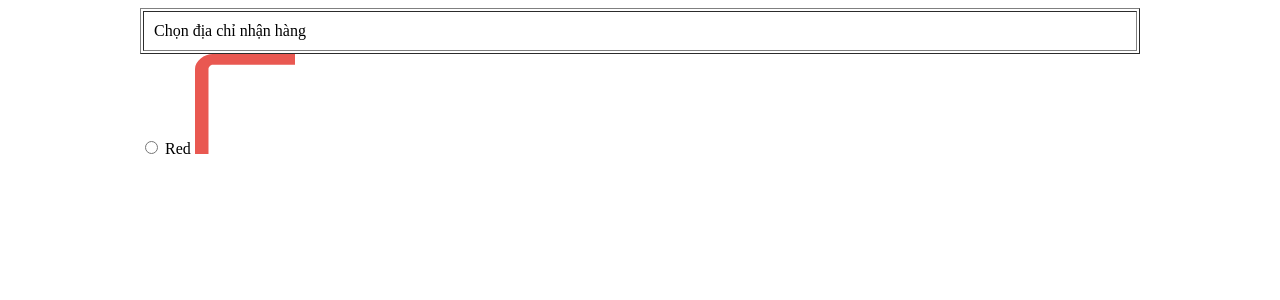
Repository: Tan-Khang21/TH_TKW--Buoi_04
Page: Bai_Tap_Tren_Lop/Bai_03/Bai_03.html
These files come from the project's save history. The page is drawn as it stood at one moment and after the next save; the edit follows.
The browser window is 1280 px wide. The pictures show the whole page.

Above is the page before, as saved 2024-03-07 21:24:43.

### Bai_Tap_Tren_Lop/Bai_03/Bai_03.html
<!DOCTYPE html>
<html lang="en">
  <head>
    <meta charset="UTF-8" />
    <meta name="viewport" content="width=device-width, initial-scale=1.0" />
    <link rel="stylesheet" href="style.css" />
    <title>Document</title>
  </head>
  <style>
    #redRadio:checked ~ #icon path {
  fill: yellow;
}

  </style>
  <body>
    <form style="width: 1000px; margin: 0 auto">
      <table border="1px" cellpadding="10px" style="width: 1000px">
        <tr>
          <td>Chọn địa chỉ nhận hàng</td>
        </tr>
      </table>
      <input type="radio" id="redRadio" name="color" value="red" />
      <label for="redRadio">Red</label>
      <svg
      id="icon"
        width="100"
        height="100"
        viewBox="0 0 10 10"
        fill="none"
      >
          <path
            d="M44.4198 36C41.4513 36 39.0225 33.5712 39.0225 30.6027C39.0225 30.4138 38.8606 30.1709 38.6717 30.1709H18.1889C18 30.1709 17.8381 30.3328 17.8381 30.5217C17.8381 33.5442 15.4093 35.973 12.4408 35.973C9.47226 35.973 7.04348 33.5442 7.04348 30.5757C7.04348 30.3868 6.88156 30.1439 6.69265 30.1439H1.75412C0.944528 30.1439 0.134933 29.5232 0 28.8486V28.6597V1.51124C0 0.674663 0.944528 0 1.75412 0H36.6477C37.4843 0 38.1589 0.674663 38.1589 1.51124V3.50825C38.1589 3.69715 38.3208 3.85907 38.5097 3.85907H45.3643C47.2804 3.85907 48.8186 5.3973 48.8186 7.31334V8.28486C48.8186 8.52774 48.6297 8.77061 48.3868 8.82459C48.2789 8.85157 48.1979 8.90555 48.1439 8.98651C48.09 9.06747 48.09 9.17541 48.09 9.25637L49.6012 15.2744C49.6282 15.4093 49.7631 15.5172 49.8981 15.5442C52.03 15.8681 53.6492 17.7571 53.6492 19.916V29.6042C53.6492 29.901 53.4063 30.1439 53.1095 30.1439H50.1409C49.952 30.1439 49.7901 30.3058 49.7901 30.4948C49.8171 33.5712 47.3883 36 44.4198 36ZM44.4198 26.2849C42.045 26.2849 40.1289 28.2279 40.1289 30.5757C40.1289 32.9235 42.072 34.8666 44.4198 34.8666C46.7946 34.8666 48.7107 32.9505 48.7107 30.5757C48.7107 28.2009 46.7946 26.2849 44.4198 26.2849ZM12.4408 26.2849C10.066 26.2849 8.14993 28.2279 8.14993 30.5757C8.14993 32.9235 10.093 34.8666 12.4408 34.8666C14.7886 34.8666 16.7316 32.9775 16.7316 30.6027C16.7316 28.2279 14.7886 26.2849 12.4408 26.2849ZM44.4198 25.2054C46.7136 25.2054 48.7646 26.6627 49.5202 28.8486C49.5742 28.9835 49.7092 29.0915 49.8711 29.0915H52.2459C52.4348 29.0915 52.5967 28.9295 52.5967 28.7406V24.7196C52.5967 24.5307 52.4348 24.3688 52.2459 24.3688H51.2204C49.8441 24.3688 48.7376 23.2624 48.7376 21.8861V19.943C48.7376 19.6462 48.9805 19.4033 49.2774 19.4033H52.084C52.1919 19.4033 52.2999 19.3493 52.3808 19.2414C52.4348 19.1604 52.4618 19.0255 52.4348 18.9175C52.003 17.5412 50.7077 16.5967 49.2774 16.5967H38.5637C38.3748 16.5967 38.2129 16.7586 38.2129 16.9475V17.973C38.2129 18.2699 37.97 18.5127 37.6732 18.5127C37.3763 18.5127 37.1334 18.2699 37.1334 17.973V1.51124C37.1334 1.32234 36.9175 1.07946 36.7017 1.07946H1.75412C1.56522 1.07946 1.34933 1.32234 1.34933 1.51124V28.6597C1.34933 28.8486 1.56522 29.0915 1.78111 29.0915H7.01649C7.17841 29.0915 7.31334 28.9835 7.36732 28.8486C8.12294 26.6627 10.1739 25.2054 12.4678 25.2054C14.7616 25.2054 16.8126 26.6627 17.5682 28.8486C17.6222 28.9835 17.7571 29.0915 17.919 29.0915H36.7826C36.9715 29.0915 37.1334 28.9295 37.1334 28.7406V21.8861C37.1334 21.5892 37.3763 21.3463 37.6732 21.3463C37.97 21.3463 38.2129 21.5892 38.2129 21.8861V28.7406C38.2129 28.9295 38.3748 29.0915 38.5637 29.0915H38.9955C39.1574 29.0915 39.2924 28.9835 39.3463 28.8486C40.075 26.6627 42.1259 25.2054 44.4198 25.2054ZM50.1679 20.4828C49.979 20.4828 49.8171 20.6447 49.8171 20.8336V21.8591C49.8171 22.6147 50.4378 23.2624 51.2204 23.2624H52.2459C52.4348 23.2624 52.5967 23.1005 52.5967 22.9115V20.8606C52.5967 20.6717 52.4348 20.5097 52.2459 20.5097H50.1679V20.4828ZM38.5367 8.85157C38.3478 8.85157 38.1859 9.01349 38.1859 9.2024V15.1394C38.1859 15.3283 38.3478 15.4903 38.5367 15.4903H48.09C48.1979 15.4903 48.3059 15.4363 48.3868 15.3553C48.4678 15.2744 48.4678 15.1394 48.4408 15.0315L46.9565 9.09445C46.9026 8.93253 46.7676 8.82459 46.6057 8.82459H38.5367V8.85157ZM38.5367 4.96552C38.3478 4.96552 38.1859 5.12744 38.1859 5.31634V7.36732C38.1859 7.55622 38.3478 7.71814 38.5367 7.71814H47.3883C47.5772 7.71814 47.7391 7.55622 47.7391 7.36732C47.7391 6.01799 46.6867 4.93853 45.3643 4.93853H38.5367V4.96552Z"
            fill="#E95851"
          />
          <path
            d="M44.4198 35.7301C41.5862 35.7301 39.2923 33.4363 39.2923 30.6027C39.2923 30.2789 39.0225 29.9011 38.6716 29.9011H18.1889C17.8381 29.9011 17.5682 30.1979 17.5682 30.5217C17.5682 31.925 17.0285 33.2204 16.0569 34.1919C15.0854 35.1634 13.8171 35.7032 12.4408 35.7032C9.60717 35.7032 7.31331 33.4093 7.31331 30.5757C7.31331 30.2519 7.04345 29.8741 6.69262 29.8741H1.75409C1.07943 29.8741 0.377782 29.3613 0.269836 28.7946V28.6327V1.51125C0.269836 0.836584 1.07943 0.269867 1.75409 0.269867H36.6476C37.3223 0.269867 37.889 0.836584 37.889 1.51125V3.50825C37.889 3.85907 38.1859 4.12894 38.5097 4.12894H45.3643C47.1184 4.12894 48.5487 5.55922 48.5487 7.31335V8.28486C48.5487 8.41979 48.4677 8.52774 48.3328 8.55472C48.1709 8.58171 48.009 8.68966 47.928 8.82459C47.847 8.95952 47.8201 9.14843 47.847 9.31035L49.3583 15.3283C49.4123 15.5712 49.6282 15.7601 49.871 15.8141C51.895 16.1109 53.4063 17.8921 53.4063 19.916V29.6042C53.4063 29.7661 53.2713 29.8741 53.1364 29.8741H50.1679C49.8171 29.8741 49.5472 30.1709 49.5472 30.4948C49.5472 31.8981 49.0075 33.1934 48.036 34.1649C47.0644 35.1904 45.7961 35.7301 44.4198 35.7301ZM44.4198 26.015C41.91 26.015 39.859 28.066 39.859 30.5757C39.859 33.0855 41.91 35.1364 44.4198 35.1364C46.9295 35.1364 48.9805 33.0855 48.9805 30.5757C48.9805 28.066 46.9295 26.015 44.4198 26.015ZM12.4408 26.015C9.93101 26.015 7.88003 28.066 7.88003 30.5757C7.88003 33.0855 9.93101 35.1364 12.4408 35.1364C14.9505 35.1364 17.0015 33.1124 17.0015 30.6027C17.0015 28.066 14.9505 26.015 12.4408 26.015ZM44.4198 25.4753C46.6057 25.4753 48.5487 26.8516 49.2503 28.9295C49.3313 29.1724 49.5742 29.3613 49.844 29.3613H52.2189C52.5697 29.3613 52.8396 29.0645 52.8396 28.7406V24.7196C52.8396 24.3688 52.5427 24.099 52.2189 24.099H51.1934C49.979 24.099 48.9805 23.1005 48.9805 21.8861V19.943C48.9805 19.7811 49.1154 19.6732 49.2503 19.6732H52.0839C52.2728 19.6732 52.4887 19.5652 52.5967 19.4033C52.7046 19.2414 52.7586 19.0255 52.6776 18.8366C52.1919 17.3523 50.8156 16.3268 49.2503 16.3268H38.5367C38.1859 16.3268 37.916 16.6237 37.916 16.9475V17.973C37.916 18.1349 37.7811 18.2429 37.6461 18.2429C37.4842 18.2429 37.3763 18.1079 37.3763 17.973V1.51125C37.3763 1.16042 37.0255 0.809597 36.6746 0.809597H1.75409C1.40327 0.809597 1.07943 1.16042 1.07943 1.51125V28.6597C1.07943 29.0105 1.43026 29.3613 1.78108 29.3613H7.01646C7.28633 29.3613 7.52921 29.1994 7.61017 28.9295C8.3388 26.8516 10.2818 25.4753 12.4408 25.4753C14.6267 25.4753 16.5697 26.8516 17.2713 28.9295C17.3523 29.1724 17.5952 29.3613 17.865 29.3613H36.7286C37.0794 29.3613 37.3493 29.0645 37.3493 28.7406V21.8861C37.3493 21.7241 37.4842 21.6162 37.6192 21.6162C37.7541 21.6162 37.889 21.7511 37.889 21.8861V28.7406C37.889 29.0915 38.1859 29.3613 38.5097 29.3613H38.9415C39.2114 29.3613 39.4542 29.1994 39.5352 28.9295C40.2908 26.8516 42.2339 25.4753 44.4198 25.4753ZM50.1679 20.2129C49.8171 20.2129 49.5472 20.5097 49.5472 20.8336V21.8591C49.5472 22.7766 50.3028 23.5322 51.2204 23.5322H52.2458C52.5967 23.5322 52.8665 23.2354 52.8665 22.9115V20.8606C52.8665 20.5097 52.5697 20.2399 52.2458 20.2399H50.1679V20.2129ZM38.5367 8.58171C38.1859 8.58171 37.916 8.87856 37.916 9.2024V15.1394C37.916 15.4903 38.2129 15.7601 38.5367 15.7601H48.0899C48.2788 15.7601 48.4677 15.6792 48.6027 15.5172C48.7106 15.3553 48.7646 15.1664 48.7106 14.9775L47.2264 9.04048C47.1454 8.77062 46.9025 8.55472 46.6057 8.55472H38.5367V8.58171ZM38.5367 4.69565C38.1859 4.69565 37.916 4.99251 37.916 5.31634V7.36732C37.916 7.71814 38.2129 7.98801 38.5367 7.98801H47.3883C47.7391 7.98801 48.009 7.69116 48.009 7.36732C48.009 5.85607 46.8485 4.66867 45.3643 4.66867H38.5367V4.69565Z"
            fill="#E95851"
          />
          <path
            d="M12.4408 32.114C11.6042 32.114 10.9296 31.4393 10.9296 30.6027C10.9296 29.7661 11.6042 29.0915 12.4408 29.0915C13.2774 29.0915 13.9521 29.7661 13.9521 30.6027C13.9521 31.4393 13.2774 32.114 12.4408 32.114Z"
            fill="#E95851"
          />
          <path
            d="M12.4408 31.8441C11.7661 31.8441 11.1994 31.2774 11.1994 30.6027C11.1994 29.928 11.7661 29.3613 12.4408 29.3613C13.1154 29.3613 13.6822 29.928 13.6822 30.6027C13.6822 31.2774 13.1154 31.8441 12.4408 31.8441Z"
            fill="#E95851"
          />
          <path
            d="M44.4198 32.114C43.5832 32.114 42.9086 31.4393 42.9086 30.6027C42.9086 29.7661 43.5832 29.0915 44.4198 29.0915C45.2564 29.0915 45.9311 29.7661 45.9311 30.6027C45.9311 31.4393 45.2564 32.114 44.4198 32.114Z"
            fill="#E95851"
          />
          <path
            d="M44.4198 31.8441C43.7451 31.8441 43.1784 31.2774 43.1784 30.6027C43.1784 29.928 43.7451 29.3613 44.4198 29.3613C45.0944 29.3613 45.6612 29.928 45.6612 30.6027C45.6612 31.2774 45.0944 31.8441 44.4198 31.8441Z"
            fill="#E95851"
          />
          <path
            d="M15.0767 14.8238V20.9712C14.8826 21.0359 14.6884 20.9712 14.559 20.9712C14.1061 20.9712 13.7178 20.9065 13.2648 20.7771C12.0354 20.3889 11.3235 19.5476 11.1294 18.3182C11.0647 17.9299 11 17.5416 11 17.2181C11 14.565 11 11.9119 11 9.32355V9C11.0647 9 11.0647 9 11.1294 9C11.7118 9 12.2942 9 12.8766 9.06471C13.2001 9.06471 13.5237 9.12942 13.7825 9.25884C14.0413 9.32355 14.2355 9.51768 14.4296 9.64709C16.0473 11.2001 17.7298 12.8179 19.3475 14.3709C19.4122 14.4356 19.4769 14.5003 19.5416 14.565C19.6063 14.5003 19.6064 14.4356 19.6064 14.3709C19.6064 13.7885 19.6064 13.2061 19.6064 12.6237V9.25884V9C20.1887 9 20.7711 9 21.2888 9C21.5476 9 21.8712 9.06471 22.13 9.12942C22.9712 9.32355 23.4242 9.84122 23.5536 10.6824C23.6183 10.9413 23.6183 11.2001 23.6183 11.459C23.6183 12.6237 23.6183 13.7885 23.6183 14.9533C23.6183 16.8945 23.6183 18.9005 23.6183 20.8418C23.6183 20.9065 23.6183 20.9065 23.6183 20.9712H23.5536C22.8418 20.9712 22.1947 20.9065 21.5476 20.7124C21.1594 20.583 20.8358 20.3889 20.577 20.13C19.2181 18.8358 17.8592 17.5416 16.5003 16.2475C16.0473 15.7945 15.5944 15.4062 15.1414 14.9533C15.2061 14.9533 15.1414 14.8886 15.0767 14.8238Z"
            fill="#E95851"
          />
          <path
            d="M32.807 20.9712C32.7423 20.9712 32.6776 20.9712 32.6776 20.9712C31.6423 20.9712 30.6069 20.9712 29.5716 20.9712C29.3127 20.9712 29.0539 20.9065 28.8598 20.8418C28.3421 20.7124 27.9538 20.3889 27.6303 20.0006C26.4008 18.3182 25.1713 16.7004 23.8771 15.018L23.8124 14.9533C24.0713 14.6297 24.2654 14.2415 24.5242 13.9179C25.4302 12.6237 26.4008 11.3942 27.4362 10.1648C27.5009 10.0354 27.695 9.84122 27.8244 9.64709C28.2127 9.25884 28.6656 9.06471 29.1833 9C29.4422 9 29.7657 9 30.0245 9C30.8658 9 31.707 9 32.4835 9H32.7423C31.0599 10.9413 29.3774 12.8826 27.8244 15.018C29.5069 17.024 31.1246 18.9652 32.807 20.9712Z"
            fill="#E95851"
          />
      </svg>
    </form>
  </body>
</html>

### Bai_Tap_Tren_Lop/Bai_03/style.css
#label {
    color: black; /* Màu chữ mặc định */
}

#myCheckbox:checked + #label {
    color: red; /* Màu chữ thay đổi khi checkbox được check */
}

After the next save:
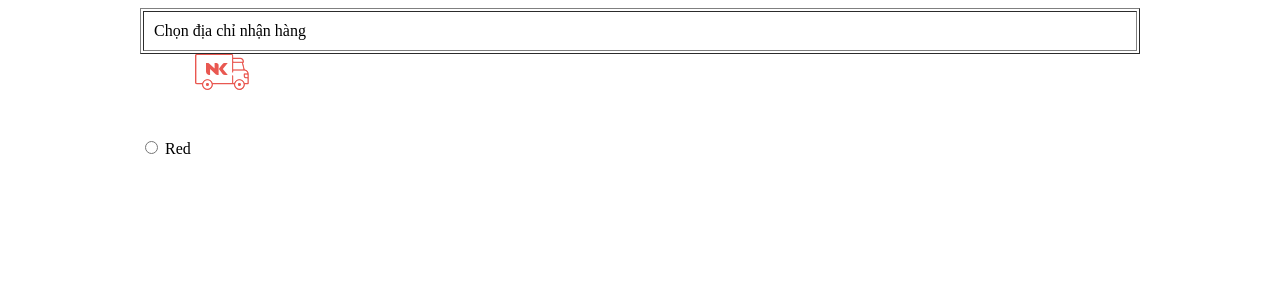
Saved 12 s later.
--- a/Bai_Tap_Tren_Lop/Bai_03/Bai_03.html
+++ b/Bai_Tap_Tren_Lop/Bai_03/Bai_03.html
@@ -25,7 +25,7 @@
       id="icon"
         width="100"
         height="100"
-        viewBox="0 0 10 10"
+        viewBox="0 0 100 100"
         fill="none"
       >
           <path
